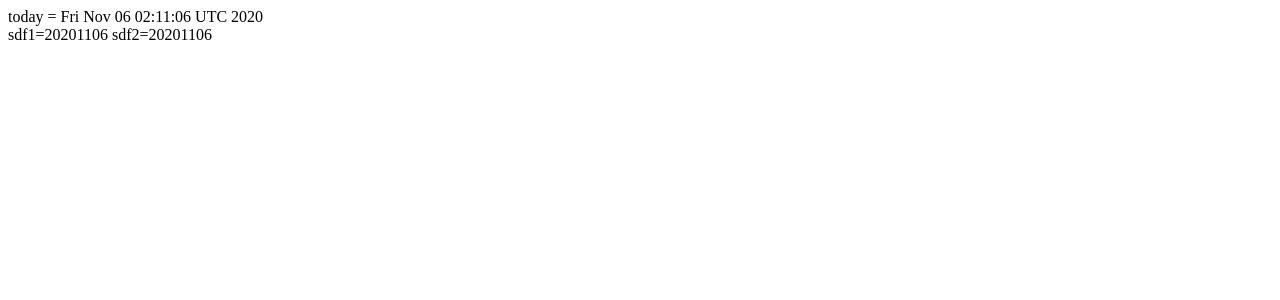
Repository: tngus3580/tngus3580
Page: http://localhost/20201109/simpleDate.jsp
The author's editor kept a copy of each file at every save. The page is drawn from the files as they stood at one save, then again after a run of saves.
The browser window is 1280 px wide. The pictures show the whole page.
The page is served by Tomcat 9.

Above is the page before, as saved 2020-11-09 01:55:51.

After the next 2 saves:
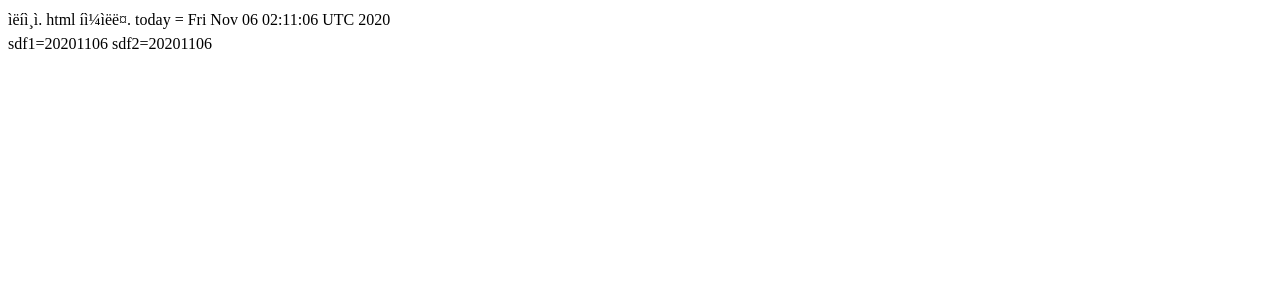
The 2 saves are shown as one change because they came seconds apart.
The last was saved 12 s later.
--- a/20201109/WebContent/simpleDate.jsp
+++ b/20201109/WebContent/simpleDate.jsp
@@ -10,6 +10,20 @@
 <title>Insert title here</title>
 </head>
 <body>
+<%@ include file = "include.html"%>
+<%
+		//include 한번 더
+		//taglib지시자
+
+		//jar 관리 하는 회사 .. maven
+		//소스 읽는거는 할수 있는데 개발 도구 사용방법...
+		//Toad sql
+
+		//메서드 선언과 <% = 스크립트릿
+		//연습문제... 오전에..
+		//오후에는 oracle 진행..
+		//DB연결객체
+%>
 	<%
 		Date today = new Date();
 		out.println("today = "+today+"<br>");
